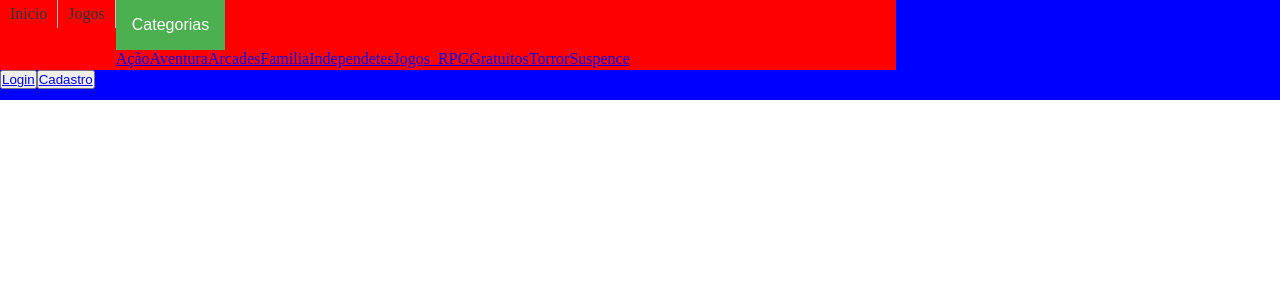
Repository: MarcoantonioCaldeira/Projeto-Go-Gamming
Page: /
The author's editor kept a copy of each file at every save. The page is drawn from the files as they stood at one save, then again after the next save.
The browser window is 1280 px wide. The pictures show the whole page.
The project was rebuilt for these pictures with package versions that can differ from the ones it lists, and the page was loaded fresh each time. Also part of the build but not shown: src/pages/Inicio/estilo.css, src/pages/rodape/rodape.js, src/pages/Inicio/Inicio.js, src/pages/Jogos/Jogos.js, src/pages/Categorias/Acao.js, src/pages/Categorias/Aventura.js, src/pages/Categorias/Arcades.js, src/pages/Categorias/Familia.js and 7 more.

Above is the page before, as saved 2023-02-05 13:40:42.

### src/App.js
import ReactDOM from "react-dom/client";
import "./fonts/Poppins.ttf";
import { BrowserRouter, Routes, Route } from "react-router-dom";

import Menu from "./pages/Menu/Menu";
import Inicio from "./pages/Inicio/Inicio";

//Categorias
import Jogos from "./pages/Jogos/Jogos";
import Acao from "./pages/Categorias/Acao";
import Aventura from "./pages/Categorias/Aventura";
import Arcades from "./pages/Categorias/Arcades";
import Familia from "./pages/Categorias/Familia";
import Independentes from "./pages/Categorias/Independentes";
import Jogos_RPG from "./pages/Categorias/Jogos_RPG";
import Gratuitos from "./pages/Categorias/Gratuitos";
import Terror from "./pages/Categorias/Terror";
import Suspence from "./pages/Categorias/Suspence";


import Login from "./pages/Login/Login";
import Cadastro from "./pages/Cadastro/Cadastro";

function App() {
  return (
   <BrowserRouter>
    <Routes>
      <Route path="/" element={<Menu />}>
        <Route path="Inicio" element={<Inicio />}/>
        <Route path="jogos" element={< Jogos />}/>
          <Route path="Acao" element={<Acao />}/>
          <Route path="Aventura" element={<Aventura />}/>
          <Route path="Arcades" element={<Arcades />}/>
          <Route path="Familia" element={<Familia />}/>
          <Route path="Independentes" element={<Independentes />}/>
          <Route path="Jogos_RPG" element={<Jogos_RPG />}/>
          <Route path="Gratuitos" element={<Gratuitos />}/>
          <Route path="Terror" element={<Terror />}/>
          <Route path="Suspence" element={<Suspence />}/>
        <Route path="Login" element={<Login />}/>
        <Route path="Cadastro" element={<Cadastro />}/>
      </Route>
    </Routes>
   </BrowserRouter>
  );
}

const root = ReactDOM.createRoot(document.getElementById('root'))
root.render(<App />);
export default App;

### src/pages/Menu/Menu.js
import { Outlet, Link } from "react-router-dom";
import './estilo.css';


const Menu = () => {
  return (
      <>
        <nav id="nav_bar">
          <ul id="menu">
            <li>
              <Link to="./Inicio">Inicio</Link>
            </li>
            <li>
              <Link to="./Jogos">Jogos</Link>
            </li>
            <div class="dropdown" >
              <button class="dropbtn">Categorias</button>
                  <div class="dropdown-content">
                    <a><Link to="./Acao">Ação</Link></a>
                    <a><Link to="./Aventura">Aventura</Link></a>
                    <a><Link to="./Arcades">Arcades</Link></a>
                    <a><Link to="./Familia">Familia</Link></a>
                    <a><Link to="./Independentes">Independetes</Link></a>
                    <a><Link to="./Jogos_RPG">Jogos_RPG</Link></a>
                    <a><Link to="./Gratuitos">Gratuitos</Link></a>
                    <a><Link to="./Terror">Torror</Link></a>
                    <a><Link to="./Suspence">Suspence</Link></a>
                  </div>
            </div>
          </ul>
          <button><Link to="./Login">Login</Link></button>
          <button><Link to="./Cadastro">Cadastro</Link></button>
        </nav>
        <Outlet />
      </>
  )
};

export default Menu;

### src/pages/Menu/estilo.css

*{
    margin: 0;
    padding: 0;
}

/* a, ul{
    display: inline;
    color: white;
    text-decoration: none !important;
    font-family: Arial;
} */


#nav_bar{
    width: 100%;
    height: 100px;
    background-color: blue;
}


#menu{
    width: 70%;
    height: 70px;
    background-color: red;
    list-style:none;
}

#nav_bar li{
    position:relative;
    float:left;

    border-right:1px solid #c0c0c0;
}

#nav_bar li a{color:#333; text-decoration:none; padding:5px 10px; display:block;}

/* DropDown Button */

.dropdown {
    position: relative;
    display: inline-block;
}


.dropbtn {
    background-color: #4CAF50;
    color: white;
    padding: 16px;
    font-size: 16px;
    border: none;
    cursor: pointer;
}

Loaded but not shown: public/index.html (common file); src/index.js (common file); src/reportWebVitals.js (common file)

After the next save:
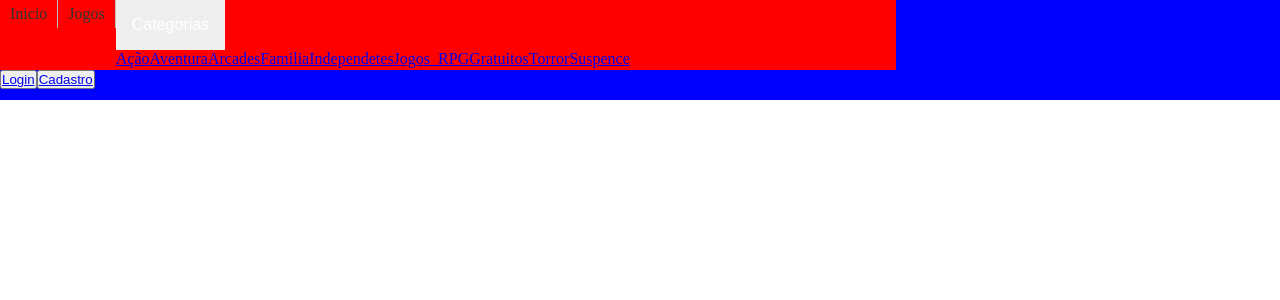
Saved 15 s later.
--- a/src/pages/Menu/estilo.css
+++ b/src/pages/Menu/estilo.css
@@ -44,7 +44,7 @@
 
 
 .dropbtn {
-    background-color: #4CAF50;
+    /* background-color: #4CAF50; */
     color: white;
     padding: 16px;
     font-size: 16px;
